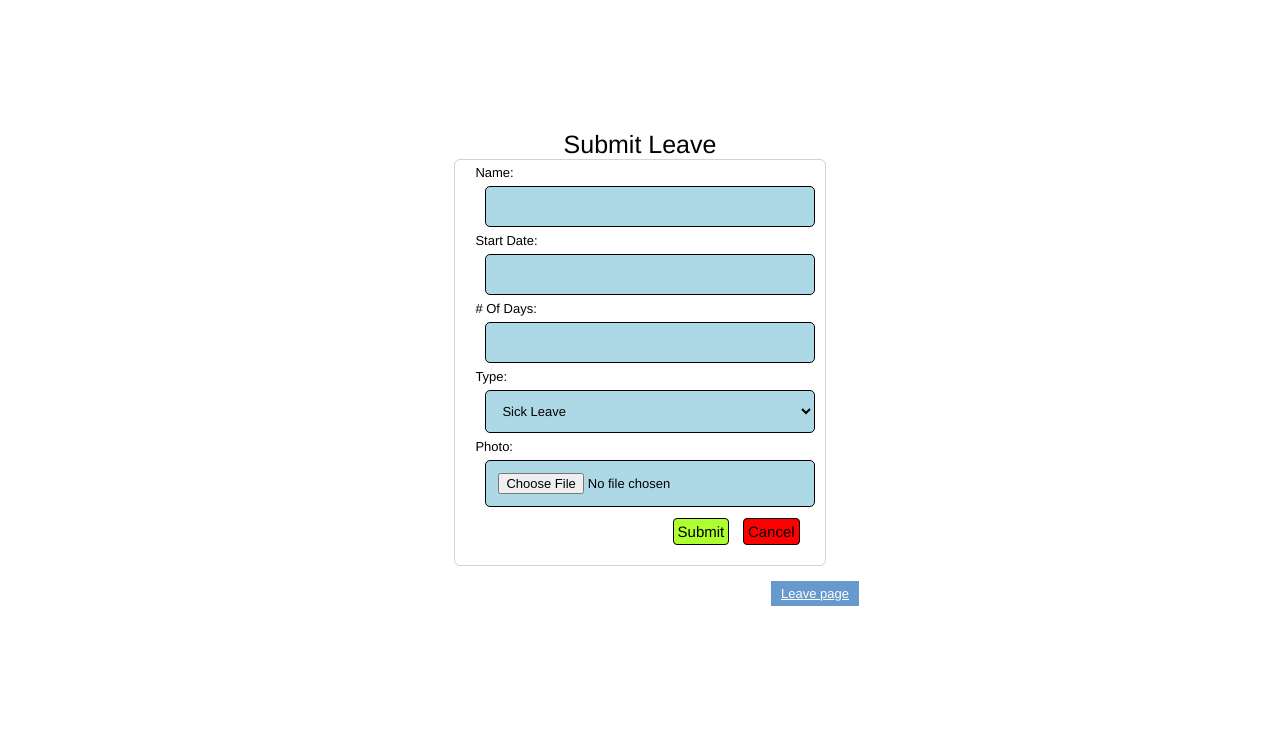
Repository: Murad71/BasicCRUD
Page: index.html
These files come from the project's save history. The page is drawn as it stood at one moment and after the next save; the edit follows.
The browser window is 1280 px wide. The pictures show the whole page.

Above is the page before, as saved 2023-04-18 21:47:05.

After the next save:
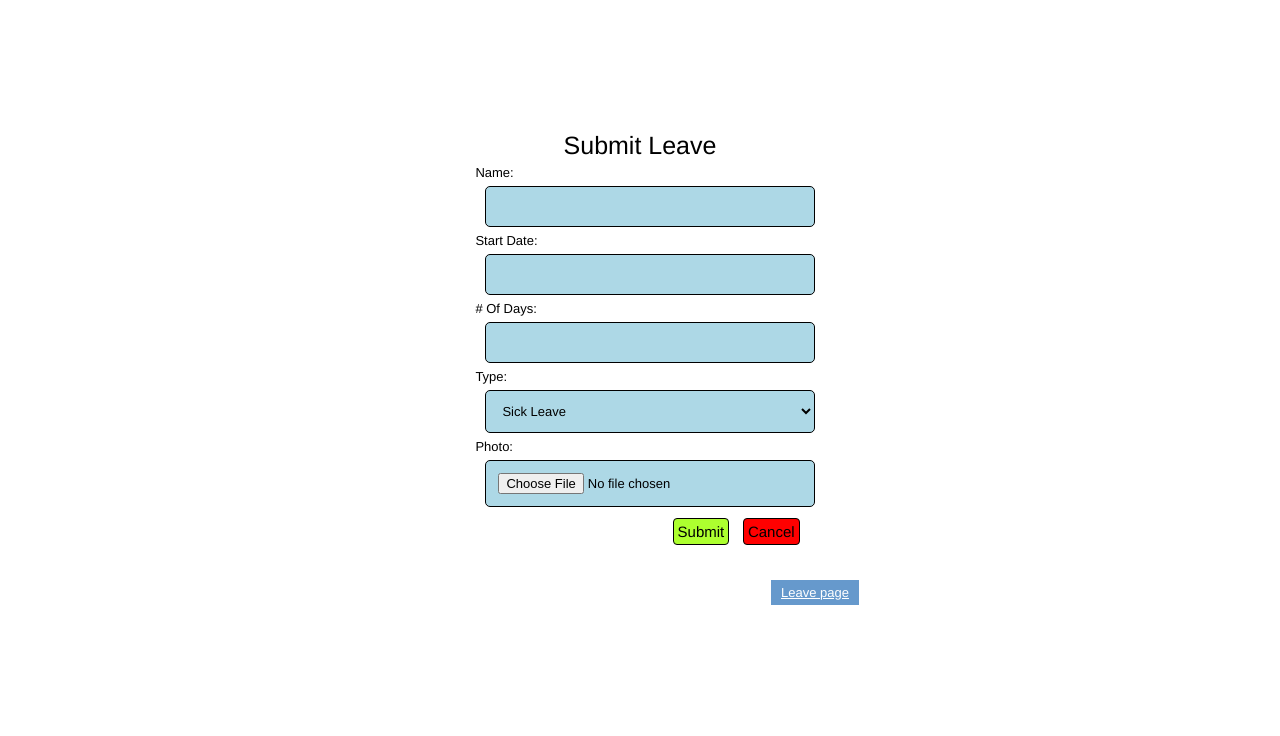
Saved 10 s later.
--- a/index.css
+++ b/index.css
@@ -16,7 +16,7 @@
 .container {
   background-color: white;
   padding: 5px 20px 15px 20px;
-  border: 1px solid lightgray;
+  border: none;
   border-radius: 6px;
   flex-direction: column;
   margin-bottom: 15px;
